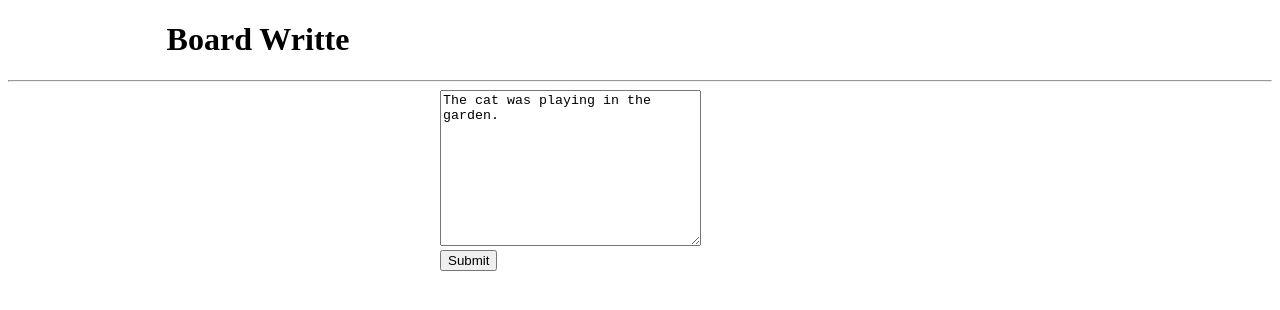
Repository: ByeonYJ/CSSTest
Page: GMSUI/WebContent/board/board_write.html
The author's editor kept a copy of each file at every save. The page is drawn from the files as they stood at one save, then again after the next save.
The browser window is 1280 px wide. The pictures show the whole page.

Above is the page before, as saved 2017-07-20 02:30:48.

After the next save:
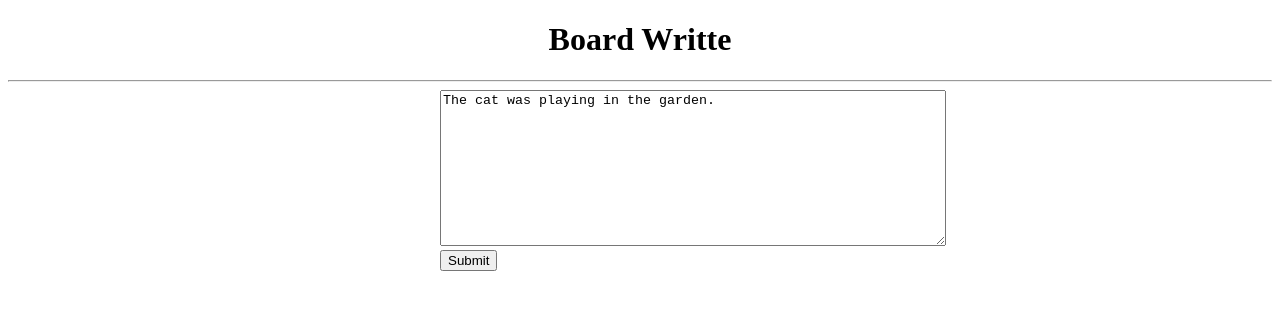
Saved 28 s later.
--- a/GMSUI/WebContent/board/board_write.html
+++ b/GMSUI/WebContent/board/board_write.html
@@ -20,11 +20,11 @@
 </head>
 <body>
 	<div id="wrapper" style="width: 100%">
-   <h1 class="text-center" style="width: 500px">Board Writte</h1>
+   <h1 class="text-center" style="">Board Writte</h1>
    <hr/>
 <div id="container" class="margin-auto" style="width: 400px">
 <form action="/action_page.php">
-  <textarea name="message" rows="10" cols="30">The cat was playing in the garden.</textarea>
+  <textarea name="message" rows="10" cols="30" style="width: 500px">The cat was playing in the garden.</textarea>
   <br>
   <input type="submit">
 </form>
